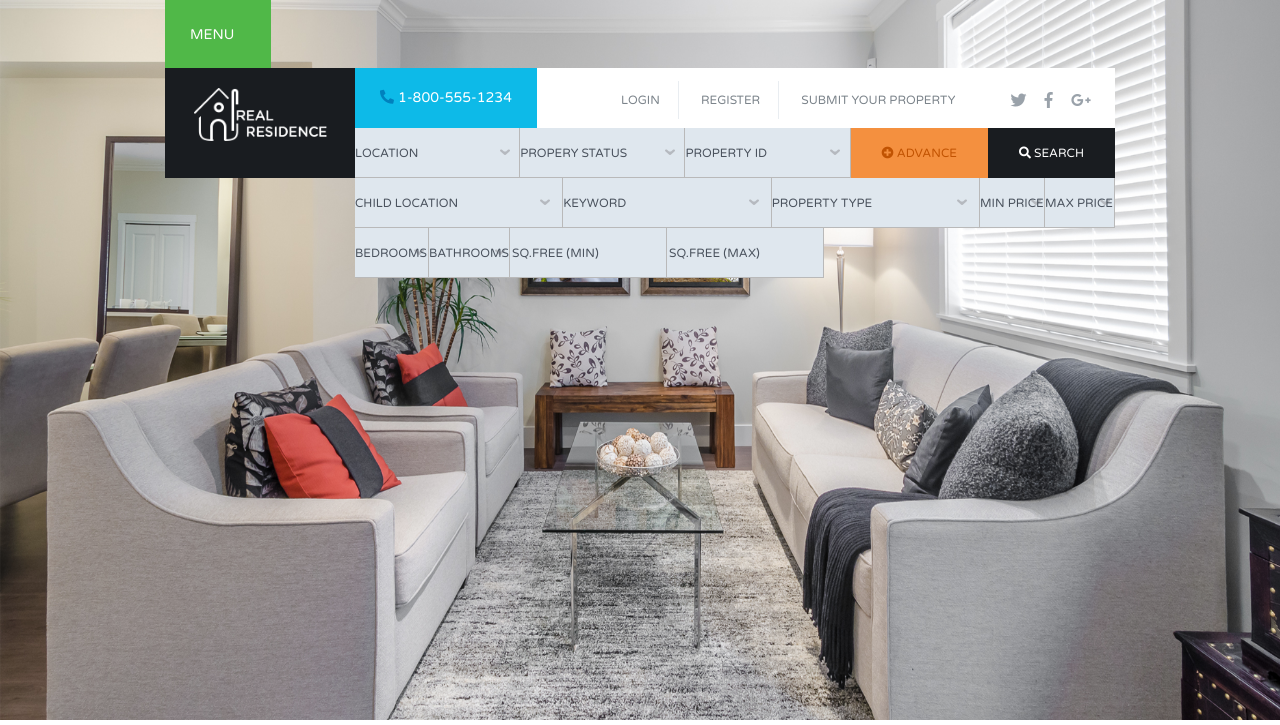
Repository: shuffleaz/psd-htmlcss
Page: index.html
An editor plug-in stored every save of this project. The page is shown before and after the next save, followed by the edit.
The browser window is 1280 px wide. The pictures show the whole page.

Above is the page before, as saved 2019-02-27 11:07:06.

### index.html
<!DOCTYPE html>
<html lang="en">
<head>
    <meta charset="UTF-8">
    <meta name="viewport" content="width=device-width, initial-scale=1.0">
    <meta http-equiv="X-UA-Compatible" content="ie=edge">
    <title>Real Residence</title>
    <link rel="stylesheet" href="assets/css/default.css">
</head>
<body>

<header class="homepage">
    <div class="container">
        <div class="row">
            <div class="homepage-menu">
                <div class="homepage-menu-menubutton">
                    <a href="">MENU</a>
                </div>
                <div class="homepage-menu-hover">
                    <ul class="homepage-menu-hover-list">
                        <li><a href="#">HOME</a></li>
                        <li><a href="#">LISTING</a></li>
                        <li><a href="#">PROPERTY</a></li>
                        <li><a href="#">NEWS</a></li>
                        <li><a href="#">GALLERY</a></li>
                        <li><a href="#">PAGES</a></li>
                        <li><a href="#">TYPES</a></li>
                        <li><a href="#">CONTACT US</a></li>
                        <li class="close-button">
                            <a href="#">
                                <i class="fas fa-times-circle"></i>
                            </a>
                        </li>
                    </ul>
                </div>
            </div>
            <div class="homepage-details">
                <div class="homepage-details-logo">
                    <div class="homepage-details-logo-area">
                        <img src="assets/img/logo.png" alt="Real Residence Logo">
                    </div>
                </div>
                <div class="homepage-details-searchbar">
                    <div class="homepage-details-searchbar-up">
                        <div class="homepage-details-searchbar-up-contact">
                            <div class="contact-area">
                                <i class="fa fa-phone""></i> 1-800-555-1234
                            </div>
                        </div>
                        <div class="homepage-details-searchbar-menu">
                            <ul class="searchbar-list">
                                <li><a href="">LOGIN</a></li>
                                <li><a href="">REGISTER</a></li>
                                <li><a href="">SUBMIT YOUR PROPERTY</a></li>
                            </ul>
                            <ul class="searchbar-social-links">
                                <li><a href=""><i class="fab fa-twitter"></i></a></li>
                                <li><a href=""><i class="fab fa-facebook-f"></i></a></li>
                                <li><a href=""><i class="fab fa-google-plus-g"></i></a></li>
                            </ul>
                        </div>
                    </div>
                    <div class="homepage-details-searchbar-down">
                        <div class="searchbar-down-select-form">
                            <select name="">
                                <option value="">Location</option>
                            </select>
                        </div>
                        <div class="searchbar-down-select-form">
                            <select name="">
                                <option value="">Propery Status</option>
                            </select>
                        </div>
                        <div class="searchbar-down-select-form">
                            <select name="">
                                <option value="">Property Id</option>
                            </select>
                        </div>
                        <div class="searchbar-down-button">
                            <div class="searchbar-down-button-first">
                                <a href="">
                                    <i class="fas fa-plus-circle"></i> ADVANCE
                                </a>
                            </div>
                            <div class="searchbar-down-button-second">
                                <a href="">
                                    <i class="fas fa-search"></i> SEARCH
                                </a>
                            </div>
                        </div>
                    </div>
                </div>
            </div>
            <div class="homepage-details-searchbar-footer">
                <div class="homepage-details-searchbar-flex-first"></div>
                <div class="homepage-details-searchbar-flex-second">
                    <div class="homepage-details-searchbar-footer-up">
                        <div class="searchbar-footer-select-form">
                            <select name="">
                                <option value="">Child Location</option>
                            </select>
                        </div>
                        <div class="searchbar-footer-select-form">
                            <select name="">
                                <option value="">Keyword</option>
                            </select>
                        </div>
                        <div class="searchbar-footer-select-form">
                            <select name="">
                                <option value="">Property Type</option>
                            </select>
                        </div>
                        <div class="searchbar-footer-select-form-divide">
                            <div class="searchbar-footer-select-form-divide-first">
                                <select name="">
                                    <option value="">Min Price</option>
                                </select>
                            </div>
                            <div class="searchbar-footer-select-form-divide-second">
                                <select name="">
                                    <option value="">Max Price</option>
                                </select>
                            </div>
                        </div>
                    </div>
                    <div class="homepage-details-searchbar-footer-down">
                        <div class="searchbar-footer-down-select-form">
                            <select name="">
                                <option value="">Bedrooms</option>
                            </select>
                        </div>
                        <div class="searchbar-footer-down-select-form">
                            <select name="">
                                <option value="">Bathrooms</option>
                            </select>
                        </div>
                        <div class="searchbar-footer-down-select-form no-arrow">
                            <input type="text" name="" placeholder="SQ.FREE (MIN)">
                        </div>
                        <div class="searchbar-footer-down-select-form no-arrow">
                            <input type="text" name="" placeholder="SQ.FREE (MAX)">
                        </div>
                    </div>
                </div>
            </div>
        </div>
    </div>
</header>


<div class="slider-image">
    <ul class="slider-image-items">
        <li>
            <img src="assets/img/slider_image.png" alt="">
        </li>
    </ul>
</div>


</body>
</html>

### assets/css/default.css
@import url('https://fonts.googleapis.com/css?family=Varela+Round');
@import url('https://use.fontawesome.com/releases/v5.7.1/css/all.css');
@import url('variable.css');
@import url('home.css');

### assets/css/variable.css
:root {
    --green:#50b848;
    --dark: #191c20;
    --blue: #0dbae8;
    --gray: #9aa2aa;
    --light: #e9edf1;
    --darkgray: #4a525d;
    --font: 'Varela Round', sans-serif;
}

body,html {
    margin:0;
    padding:0;
    line-height: 120%;
    font-size:16px;
    font-family: var(--font);
}

a {
    text-decoration: none;
}

ul {
    list-style: none;
    margin-top:0;
    margin-left:0;
    padding-top:0;
    padding-left:0;
    padding-bottom:0;
    margin-bottom:0;
}

input,button,textarea {
    outline:none;
}


.container {
    width:980px;
    margin-left:auto;
    margin-right:auto;
}

.row {
    padding-left:15px;
    padding-right:15px;
}

select {
    cursor: pointer;
}

.no-arrow {
    background-image: none !important;
}

### assets/css/home.css
.slider-image {
    width:100vw;
    height:100vh;
}

.slider-image ul li {
    display:inline-block;
}

.slider-image ul li img {
    width:100%;
    height:100vh;
}


/* Header - Saytın Başlığı */
header.homepage {
    position:absolute;
    left:0;
    right:0;
}


/* Header/Menu- Menyu Hissəsi */
.homepage-menu {
    display:flex;
    flex-direction: row;
    height:68px;
}

.homepage-menu .homepage-menu-menubutton {
    background-color:var(--green);
    flex:1;
}

.homepage-menu .homepage-menu-menubutton a{
    color:white;
    padding:25px;
    display: inline-block;
    font-size:14px;
}

.homepage-menu .homepage-menu-hover {
    background-color:var(--green);
    flex:8;
    opacity: 0;
}

.homepage-menu .homepage-menu-hover ul.homepage-menu-hover-list {
    padding:14px;
}

.homepage-menu .homepage-menu-hover ul.homepage-menu-hover-list li {
    display: inline-block;
    padding:11px 14px;
}

.homepage-menu .homepage-menu-hover ul.homepage-menu-hover-list li.close-button {
    float:right;
}

.homepage-menu .homepage-menu-hover ul.homepage-menu-hover-list li.close-button:hover {
    background-color:transparent;
    color:#20671b;
    opacity: 0.9;
}

.homepage-menu .homepage-menu-hover ul.homepage-menu-hover-list li.close-button a {
    font-size:18px;
}

.homepage-menu .homepage-menu-hover ul.homepage-menu-hover-list li:hover {
    background-color:#20671b;
}

.homepage-menu .homepage-menu-hover ul.homepage-menu-hover-list li:hover a {
    color:white;
}

.homepage-menu .homepage-menu-hover ul.homepage-menu-hover-list li:last-child {
    margin-right:0;
}

.homepage-menu .homepage-menu-hover ul.homepage-menu-hover-list li a {
    font-size:14px;
    color:#20671b;
}

/* Header Details - Başlıq Detayları */
.homepage-details {
    display:flex;
    flex-direction: row;
}

.homepage-details .homepage-details-logo {
    flex:2;
    background-color:var(--dark);
    height:110px;
}

.homepage-details .homepage-details-logo .homepage-details-logo-area {
    display: flex;
    justify-content: center;
    padding-top:20px;
}

.homepage-details .homepage-details-logo .homepage-details-logo-area img {
    width:70%;
    object-fit: contain;
}


.homepage-details .homepage-details-searchbar {
    flex:8;
}

.homepage-details .homepage-details-searchbar {
    display: flex;
    flex-direction: column;
}

.homepage-details-searchbar .homepage-details-searchbar-up {
    background:red;
    display: flex;
    flex-direction: row;
    height:60px;
}

.homepage-details-searchbar .homepage-details-searchbar-down {
    background:green;
}

.homepage-details-searchbar .homepage-details-searchbar-up .homepage-details-searchbar-up-contact {
    flex:2.4;
    background-color: var(--blue);
    display: flex;
    justify-content: center;
}

.homepage-details-searchbar-up-contact .contact-area {
    align-self: center;
    color:white;
    font-size:14px;
}

.homepage-details-searchbar-up-contact .contact-area i {
    transform: scaleX(-1);
    color:#0081bd;
}

.homepage-details-searchbar .homepage-details-searchbar-up .homepage-details-searchbar-menu {
    flex:7.6;
    background-color: white;
    display: flex;
    flex-direction: row;
    justify-content: flex-end;
}

.homepage-details-searchbar-menu ul.searchbar-list {
    padding:13px;
}

.homepage-details-searchbar-menu ul.searchbar-list li {
    display: inline-block;
    padding:9px 18px;
    border-right:1px solid var(--light);
}

.homepage-details-searchbar-menu ul.searchbar-list li a {
    font-size:12px;
    color:#7c848b;
    transition: all 0.3s ease-in;
}

.homepage-details-searchbar-menu ul.searchbar-list li:hover a {
    color:black;
}

.homepage-details-searchbar-menu ul.searchbar-list li:last-child {
    border-right:0;
}

.homepage-details-searchbar-menu ul.searchbar-social-links {
    padding:24px;
}

.homepage-details-searchbar-menu ul.searchbar-social-links li {
    display: inline-block;
    margin-right:14px;
}

.homepage-details-searchbar-menu ul.searchbar-social-links li:last-child {
    margin-right:0;
}

.homepage-details-searchbar-menu ul.searchbar-social-links li a {
    color:#9aa2aa;
    transition: all 0.3s ease-in;
}

.homepage-details-searchbar-menu ul.searchbar-social-links li:hover a {
    color:black;
}


.homepage-details-searchbar-down {
    height: 50px;
}

.homepage-details-searchbar-down, .searchbar-down-button {
    display:flex;
    flex-direction: row;
}
.searchbar-down-select-form, .searchbar-footer-select-form {
    background-color:#dfe7ee;
    background-image: url(../img/arrow.png);
    background-repeat: no-repeat;
    background-position-x:94%;
    background-position-y:21px;
    background-size:10px;
    border-bottom:1px solid #b9b9b9;
    border-right:1px solid #b9b9b9;
    padding-top:15px;
    padding-bottom:15px;
    flex:2;
}


.searchbar-down-select-form select, .searchbar-footer-select-form select {
    font-size:12px;
    text-align: left;
    color:#4a525d;
    font-family: var(--font);
    text-transform: uppercase;
    border:none;
    background-color:transparent;
    outline: none;
    -webkit-appearance: none;
    -moz-appearance:none;
}

.searchbar-down-button-first, .searchbar-down-button-second {
    padding:15px 31px;
}

.searchbar-down-button-first {
    background-color:#f4903f;
}

.searchbar-down-button-first:hover {
    opacity: 0.8;
}

.searchbar-down-button-first a {
    color:#c15302;
    font-size:12px;
}
.searchbar-down-button-second {
    background-color: var(--dark);
}
.searchbar-down-button-second:hover {
    opacity: 0.8;
}
.searchbar-down-button-second a{
    color:white;
    font-size:12px;
}

.homepage-details-searchbar-footer {
    display: flex;
    flex-direction: row;
}

.homepage-details-searchbar-flex-first {
    flex:2;
}

.homepage-details-searchbar-flex-second {
    flex:8;
}

.homepage-details-searchbar-footer-up {
    display:flex;
}

.homepage-details-searchbar-footer-down {
    display: flex;
}

.searchbar-footer-select-form-divide {
    display:flex;
}

.searchbar-footer-select-form-divide-first, .searchbar-footer-select-form-divide-second, .searchbar-footer-down-select-form  {
    background-color:#dfe7ee;
    background-image: url(../img/arrow.png);
    background-repeat: no-repeat;
    background-position-x:94%;
    background-position-y:21px;
    background-size:10px;
    border-bottom:1px solid #b9b9b9;
    border-right:1px solid #b9b9b9;
    padding-top:15px;
    padding-bottom:15px;
}

.searchbar-footer-select-form-divide-first select, .searchbar-footer-select-form-divide-second select, .searchbar-footer-down-select-form select {
    font-size:12px;
    text-align: left;
    color:#4a525d;
    font-family: var(--font);
    text-transform: uppercase;
    border:none;
    background-color:transparent;
    outline: none;
    -webkit-appearance: none;
    -moz-appearance:none;
}

.searchbar-footer-down-select-form-padding {
    padding-left:20px;
    padding-right:67px;
}

.searchbar-footer-down-select-form input {
    background-color:transparent;
    border:none;
    font-size:12px;
    text-align: left;
    color:#4a525d;
    font-family: var(--font);
    text-transform: uppercase;
}
.searchbar-footer-down-select-form input::-webkit-input-placeholder {
    color:#4a525d;
}

After the next save:
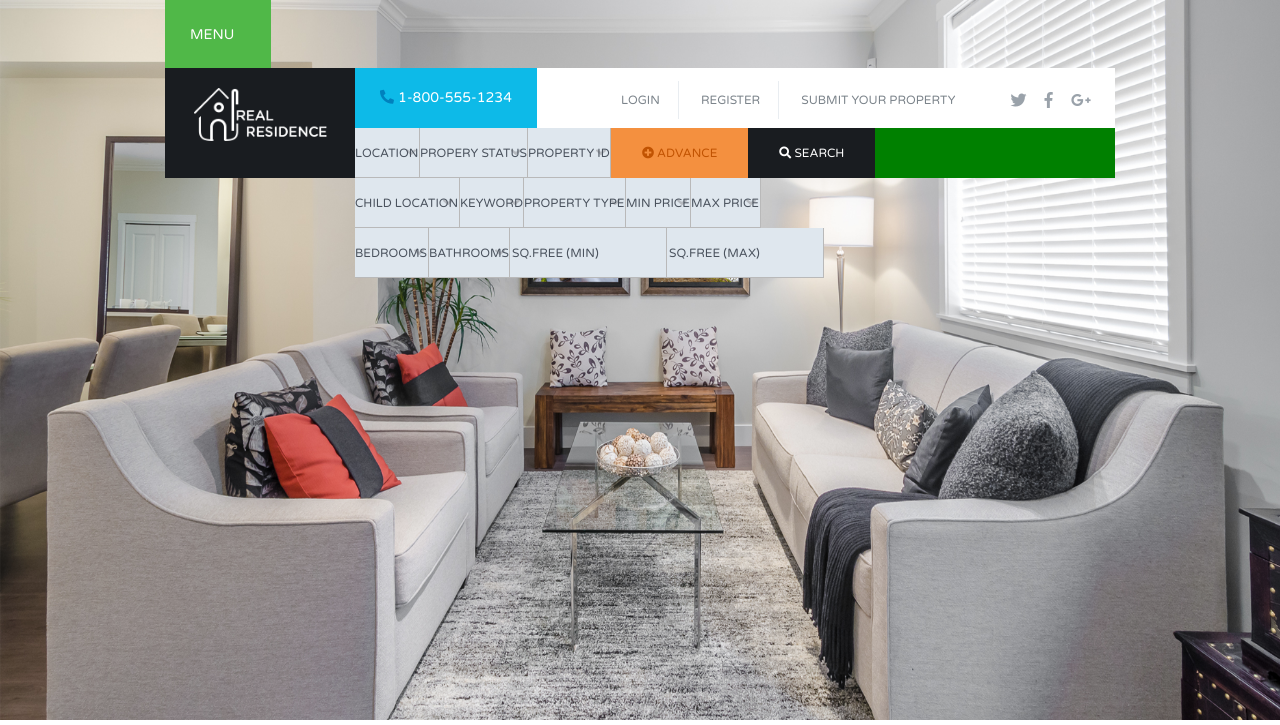
Saved 8 s later.
--- a/assets/css/home.css
+++ b/assets/css/home.css
@@ -222,7 +222,6 @@
     border-right:1px solid #b9b9b9;
     padding-top:15px;
     padding-bottom:15px;
-    flex:2;
 }
 
 

After the save that followed:
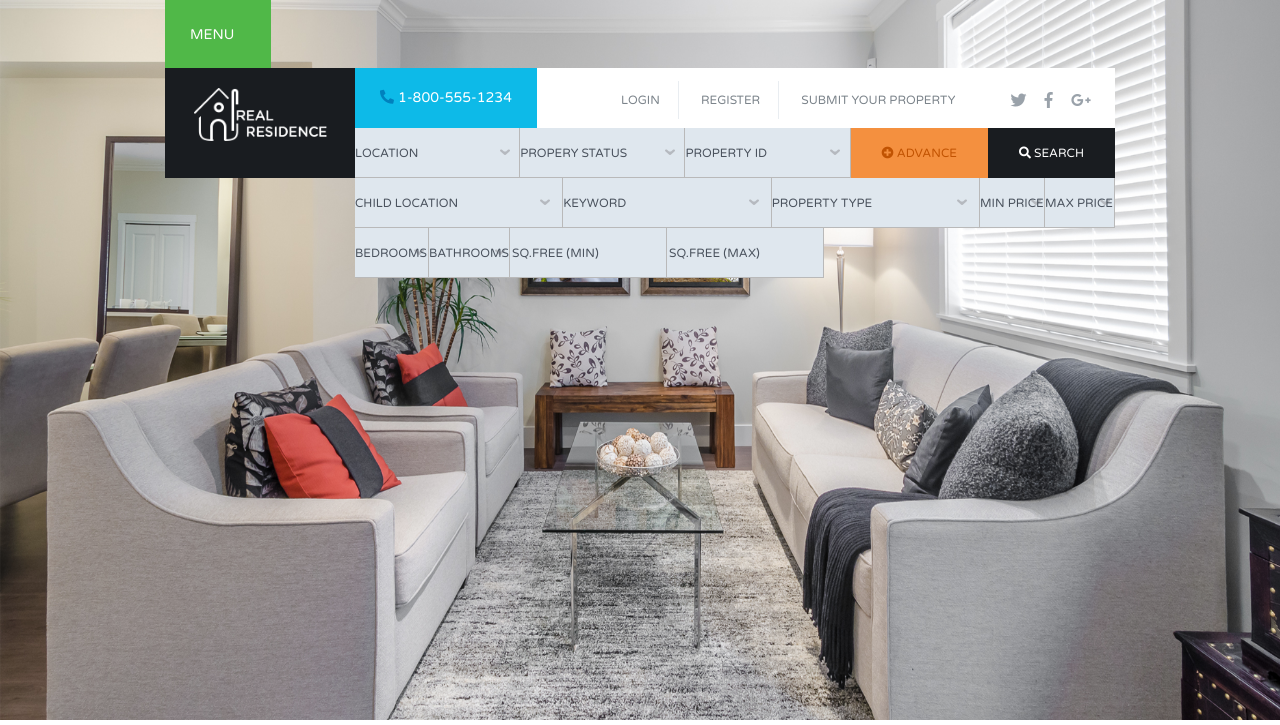
Saved 4 min 20 s later.
--- a/assets/css/home.css
+++ b/assets/css/home.css
@@ -222,6 +222,7 @@
     border-right:1px solid #b9b9b9;
     padding-top:15px;
     padding-bottom:15px;
+    flex:1;
 }
 
 
